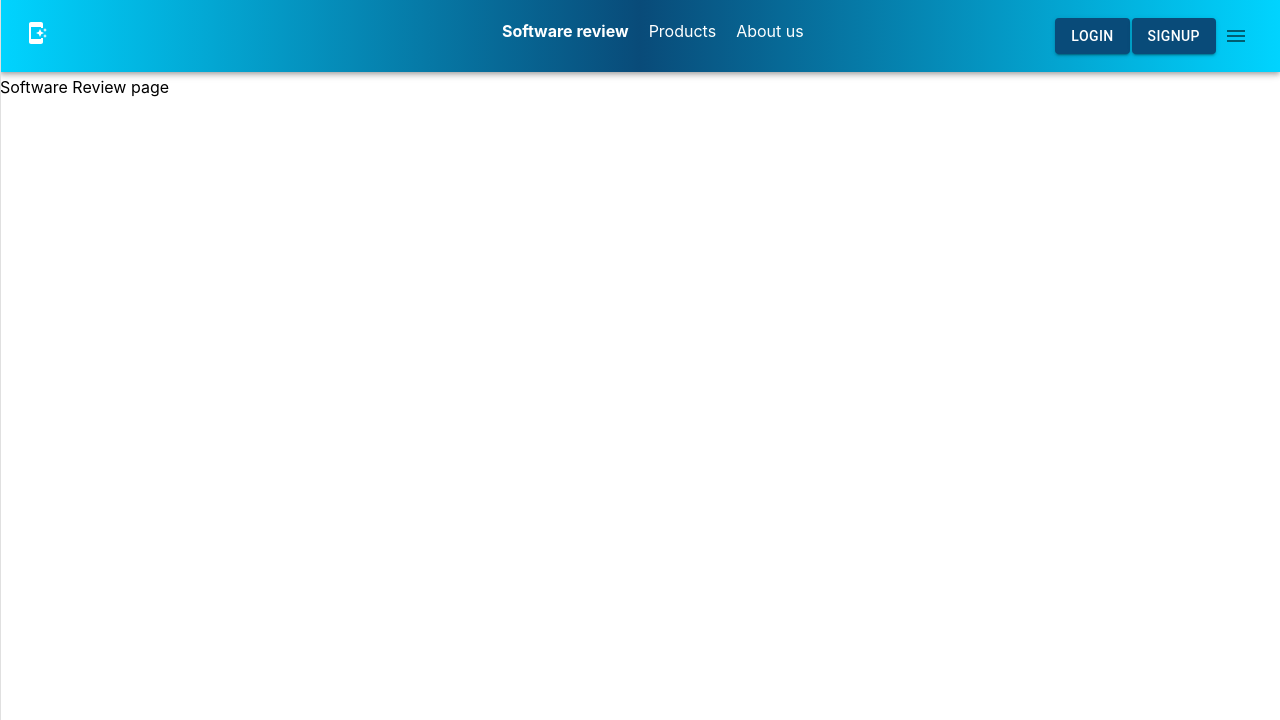
Repository: Alaa-M1/phoenix-products-reactjs-mui
Page: /
These files come from the project's save history. The page is drawn as it stood at one moment and after the next save; the edit follows.
The browser window is 1280 px wide. The pictures show the whole page.
The project was rebuilt for these pictures with package versions that can differ from the ones it lists, and the page was loaded fresh each time. Also part of the build but not shown: src/App.css, src/pages/Products/index.tsx, src/pages/AboutUs/index.tsx.

Above is the page before, as saved 2023-04-18 18:42:55.

After the next save:
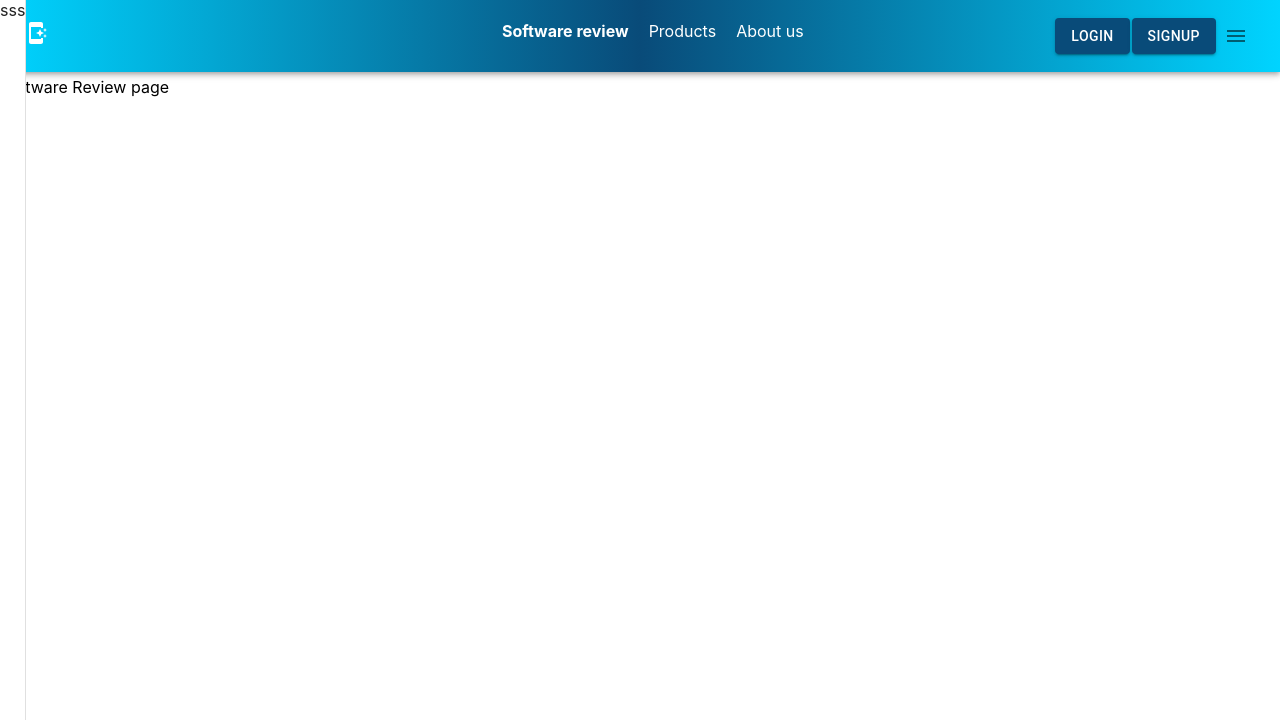
Saved 9 s later.
--- a/src/pages/AppLayout/components/CustomDrawer.tsx
+++ b/src/pages/AppLayout/components/CustomDrawer.tsx
@@ -19,7 +19,7 @@ const CustomDrawer = ({ links }: CustomDrawerProps) => {
         anchor="left"
         onClose={() => setOpen(false)}
       >
-
+        <div>sss</div>
       </Drawer>
       <IconButton aria-label="Open menu drawer" onClick={() => setOpen(true)}>
         <MenuOutlinedIcon></MenuOutlinedIcon>
